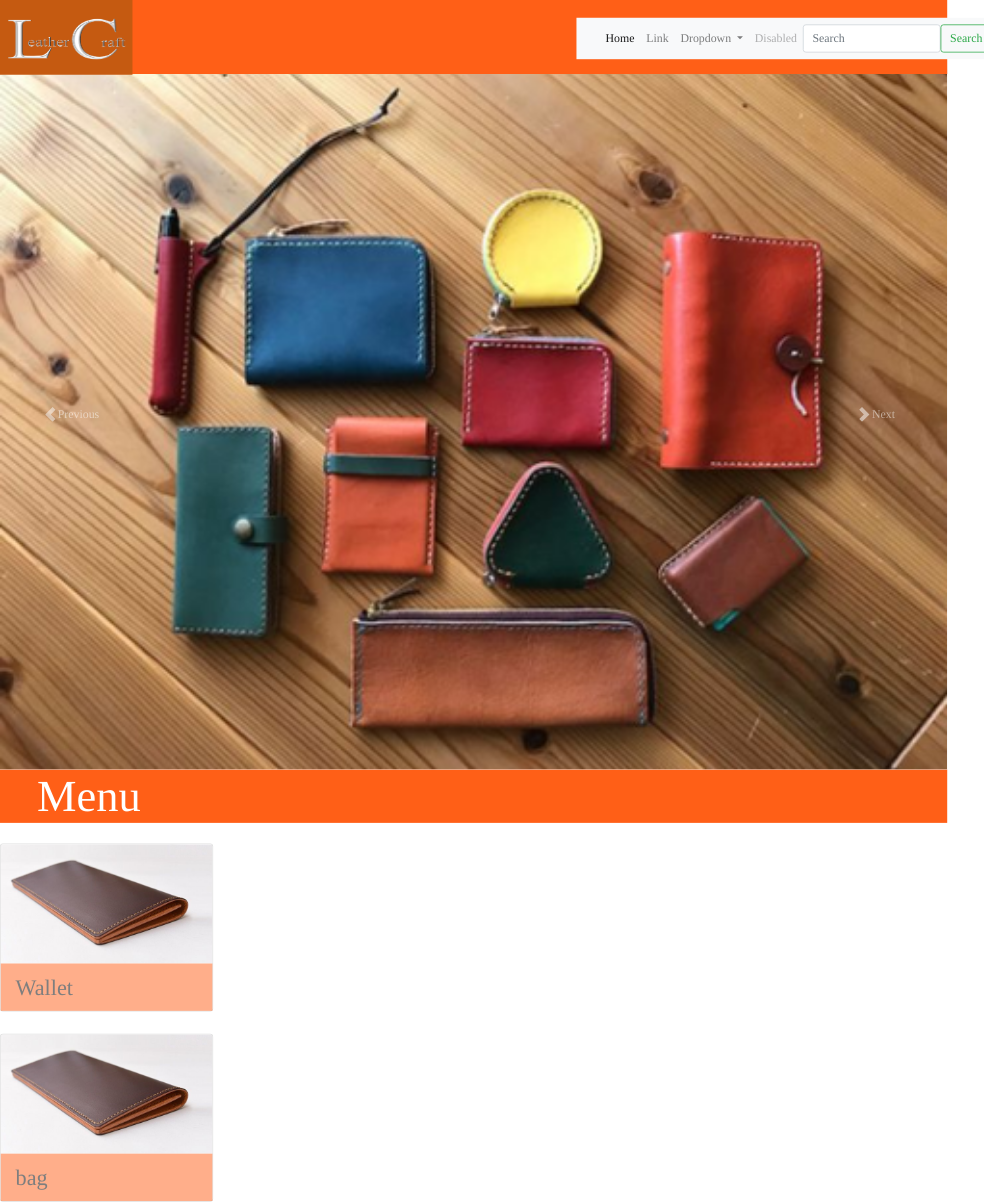
Repository: Ossan-gon/leatercraft
Page: index/indexx.html
The author's editor kept a record of every edit. The page is drawn from the files as they stood at one moment, then again after the next edit.
The browser window is 1280 px wide. The page is 1330 px wide, so the pictures cover 1330 px, including what lies to the right of the window. The pictures show the whole page, at 74% of full size.
Some web libraries are served in a nearby version.

Above is the page before.

After the next edit:
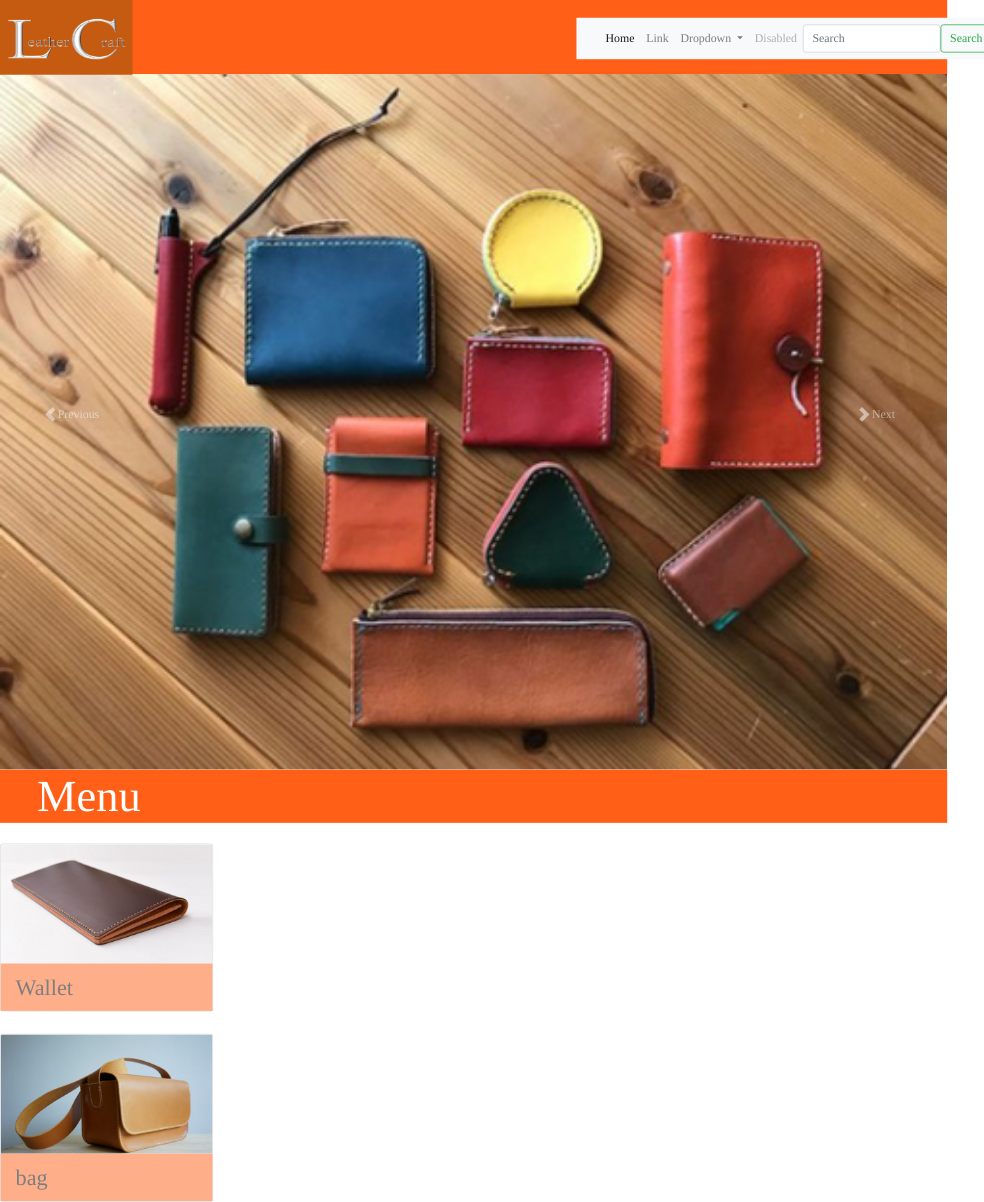
The edit:
--- a/index/indexx.html
+++ b/index/indexx.html
@@ -80,7 +80,7 @@
               </div>
             </div>
             <div class="card" style="width: 18rem;">
-              <img src="./../images/wallet.png" class="card-img-top" alt="wallet">
+              <img src="./../images/bag.png" class="card-img-top" alt="bag">
               <div class="card-body">
                 <p class="card-text">bag</p>
               </div>
